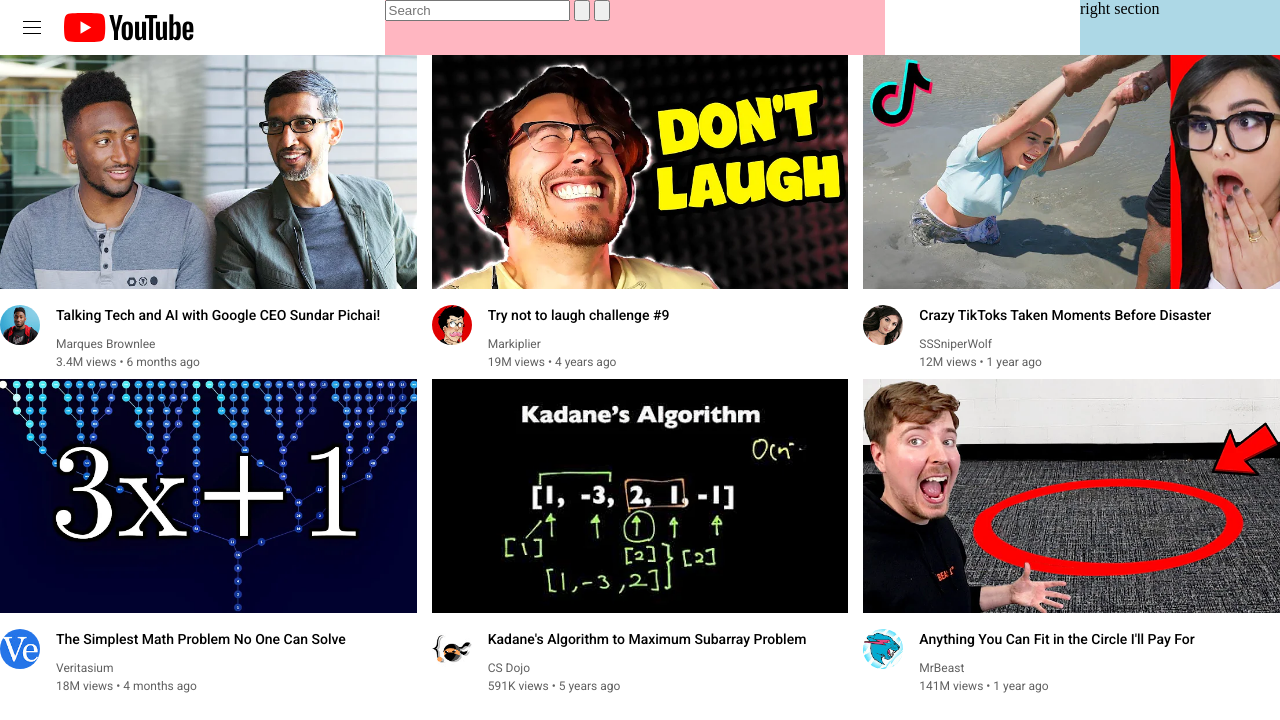
Repository: idahcarts-ux/html-css
Page: youtube.html
An editor plug-in stored every save of this project. The page is shown before and after a run of saves, followed by the edit.
The browser window is 1280 px wide. The pictures show the whole page.

Above is the page before, as saved 2025-11-19 17:03:50.

### youtube.html
<!DOCTYPE html>
<html>
<head>
  <title>YouTube.com Clone</title>

  <link rel="preconnect" href="https://fonts.googleapis.com">
  <link rel="preconnect" href="https://fonts.gstatic.com" crossorigin>
  <link href="https://fonts.googleapis.com/css2?family=Roboto:wght@100;300;400;500;700;900&display=swap" rel="stylesheet">

<link rel="stylesheet" href="styles/general.css">
<link rel="stylesheet" href="styles/video.css">
<link rel="stylesheet" href="styles/header.css">


</head>
<body>
  <div class="header">
    <div class="left-section">
     <img class="hamburger-menu" src="icons/hamburger-menu.svg">
     <img class="youtube-logo" src="icons/youtube-logo.svg">
    </div>
    <div class="middle-section">
      <input class="search-bar" type="text" placeholder="Search">
    <button class="search-button">
      <img src="icons/search.svg">
    </button>
    <button class="voice-search-button">
      <img src="icons/voice-search-icon.svg">
    </button>
    </div>
    <div class="right-section">
      right section
    </div>

  </div>



  <!-- MAIN GRID START -->
  <div class="video-grid">

    <!-- 1 -->
    <div class="video-preview">
      <img class="thumbnails" src="thumbnails/thumbnail-1.webp">
      <div class="video-info-grid">
        <div class="channel-pictures">
          <img class="profile-picture" src="chanel-pictures/channel-1.jpeg">
        </div>
        <div class="video-info">
          <p class="video-title">
            Talking Tech and AI with Google CEO Sundar Pichai!
          </p>
          <p class="video-author">Marques Brownlee</p>
          <p class="video-stats">3.4M views • 6 months ago</p>
        </div>
      </div>
    </div>

    <!-- 2 -->
    <div class="video-preview">
      <img class="thumbnails" src="thumbnails/thumbnail-2.webp">
      <div class="video-info-grid">
        <div class="channel-pictures">
          <img class="profile-picture" src="chanel-pictures/channel-2.jpeg">
        </div>
        <div class="video-info">
          <p class="video-title">Try not to laugh challenge #9</p>
          <p class="video-author">Markiplier</p>
          <p class="video-stats">19M views • 4 years ago</p>
        </div>
      </div>
    </div>

    <!-- 3 -->
    <div class="video-preview">
      <img class="thumbnails" src="thumbnails/thumbnail-3.webp">
      <div class="video-info-grid">
        <div class="channel-pictures">
          <img class="profile-picture" src="chanel-pictures/channel-3.jpeg">
        </div>
        <div class="video-info">
          <p class="video-title">Crazy TikToks Taken Moments Before Disaster</p>
          <p class="video-author">SSSniperWolf</p>
          <p class="video-stats">12M views • 1 year ago</p>
        </div>
      </div>
    </div>

    <!-- 4 -->
    <div class="video-preview">
      <img class="thumbnails" src="thumbnails/thumbnail-4.webp">
      <div class="video-info-grid">
        <div class="channel-pictures">
          <img class="profile-picture" src="chanel-pictures/channel-4.jpeg">
        </div>
        <div class="video-info">
          <p class="video-title">The Simplest Math Problem No One Can Solve</p>
          <p class="video-author">Veritasium</p>
          <p class="video-stats">18M views • 4 months ago</p>
        </div>
      </div>
    </div>

    <!-- 5 -->
    <div class="video-preview">
      <img class="thumbnails" src="thumbnails/thumbnail-5.webp">
      <div class="video-info-grid">
        <div class="channel-pictures">
          <img class="profile-picture" src="chanel-pictures/channel-5.jpeg">
        </div>
        <div class="video-info">
          <p class="video-title">
            Kadane's Algorithm to Maximum Subarray Problem
          </p>
          <p class="video-author">CS Dojo</p>
          <p class="video-stats">591K views • 5 years ago</p>
        </div>
      </div>
    </div>

    <!-- 6 -->
    <div class="video-preview">
      <img class="thumbnails" src="thumbnails/thumbnail-6.webp">
      <div class="video-info-grid">
        <div class="channel-pictures">
          <img class="profile-picture" src="chanel-pictures/channel-6.jpeg">
        </div>
        <div class="video-info">
          <p class="video-title">
            Anything You Can Fit in the Circle I'll Pay For
          </p>
          <p class="video-author">MrBeast</p>
          <p class="video-stats">141M views • 1 year ago</p>
        </div>
      </div>
    </div>

  </div>
  <!-- MAIN GRID END -->



</body>
</html>

### styles/general.css
 p {
    font-family: Roboto, Arial;
    margin-top: 0;
    margin-bottom: 0;
  }

  body {
    margin: 0;
  }

### styles/video.css



  .thumbnails {
    width: 100%;
  }



  .video-title {
    font-size: 14px;
    font-weight: 500;
    line-height: 20px;
    margin-bottom: 12px;
  }

  .video-info-grid {
    display: flex;
    margin-top: 12px;
  }

  /* FIX: Ensure the profile picture container is just large enough for the picture */
  .channel-pictures {
    width: 48px; /* Slightly larger than the picture for padding/margin */
    flex-shrink: 0;
    margin-right: 8px; /* Added some spacing to separate picture from text */
  }

  /* FIX: Ensure the profile picture fills its container and maintain aspect ratio */
  .profile-picture {
    width: 40px; /* Kept your desired size */
    height: 40px; /* Added explicit height to force a square container */
    object-fit: cover; /* Ensures image covers the area without distortion */
    border-radius: 50%;
  }

  /* FIX: Removed fixed width which was unnecessary and potentially restrictive */
  .video-info {
    /* width: 200px; <--- Removed this line */
    flex: 1; /* Allow it to take up the remaining space */
  }

  .video-author {
    font-size: 12px;
    color: rgb(96, 96, 96);
    margin-bottom: 4px;
  }

  .video-stats {
    font-size: 12px;
    color: rgb(96, 96, 96);
  }

  .video-grid {
    display: grid;
    grid-template-columns: 1fr 1fr 1fr;
    column-gap: 15px;
    row-gap: 10px;
  }

### styles/header.css


  .header {
    height:55px;
    display:flex;
    flex-direction: row;
    justify-content: space-between;
  }

  .left-section {
  display: flex;
   align-items: center;


  }
    .youtube-logo {
    width: 12vw;        /* Scales with viewport width */
    min-width: 80px;    /* Don't get too small */
    max-width: 130px;   /* Don't grow too large */
    height: auto;       /* Keep aspect ratio */
    transition: width 0.25s ease;
}


  .hamburger-menu {
    height: 24px;
    margin-left: 20px;
    margin-right: 20px;
  }
  .middle-section {
    background-color:lightpink;
    flex:1;
    margin-left: 30px;
    margin-right: 35px;
    max-width:500px;
  }

  .right-section {
    background-color: lightblue;
    width:200px;
  }

After the next 2 saves:
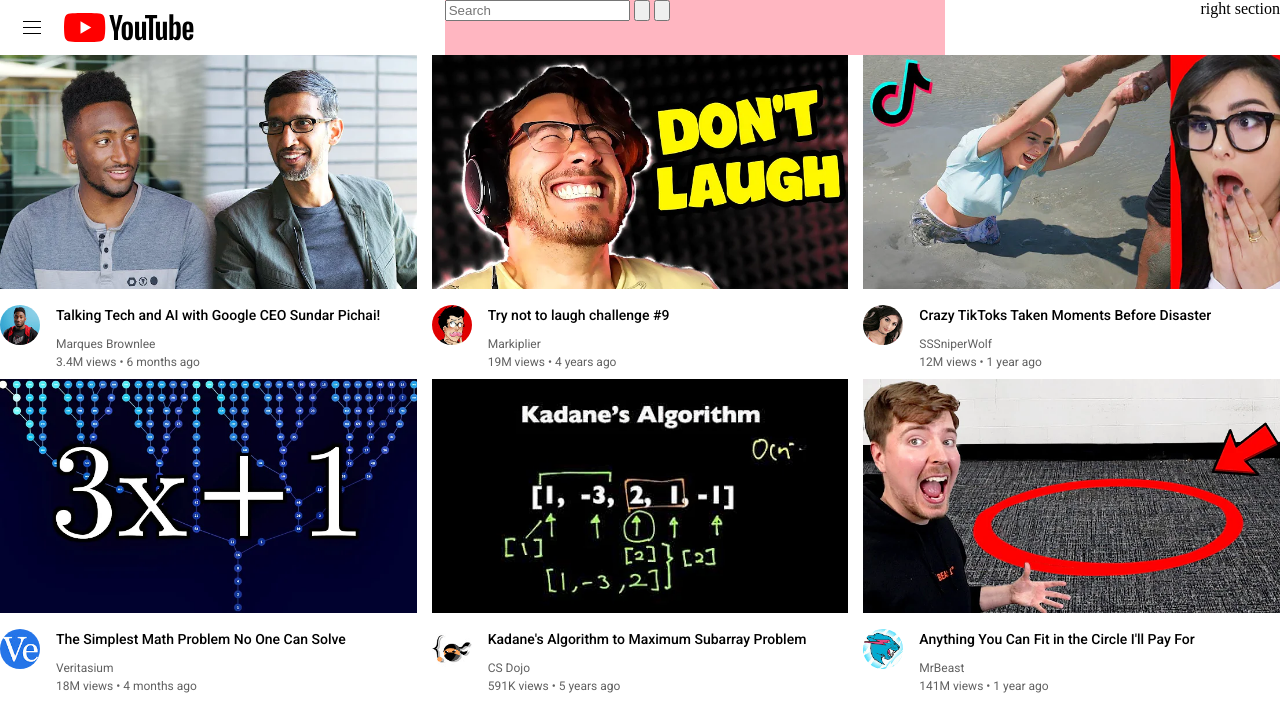
The 2 saves are shown as one change because they came seconds apart.
The last was saved 6 s later.
--- a/styles/header.css
+++ b/styles/header.css
@@ -34,7 +34,7 @@
     margin-right: 35px;
     max-width:500px;
   }
-
+  .search
   .right-section {
     background-color: lightblue;
     width:200px;

After the 3 saves that followed:
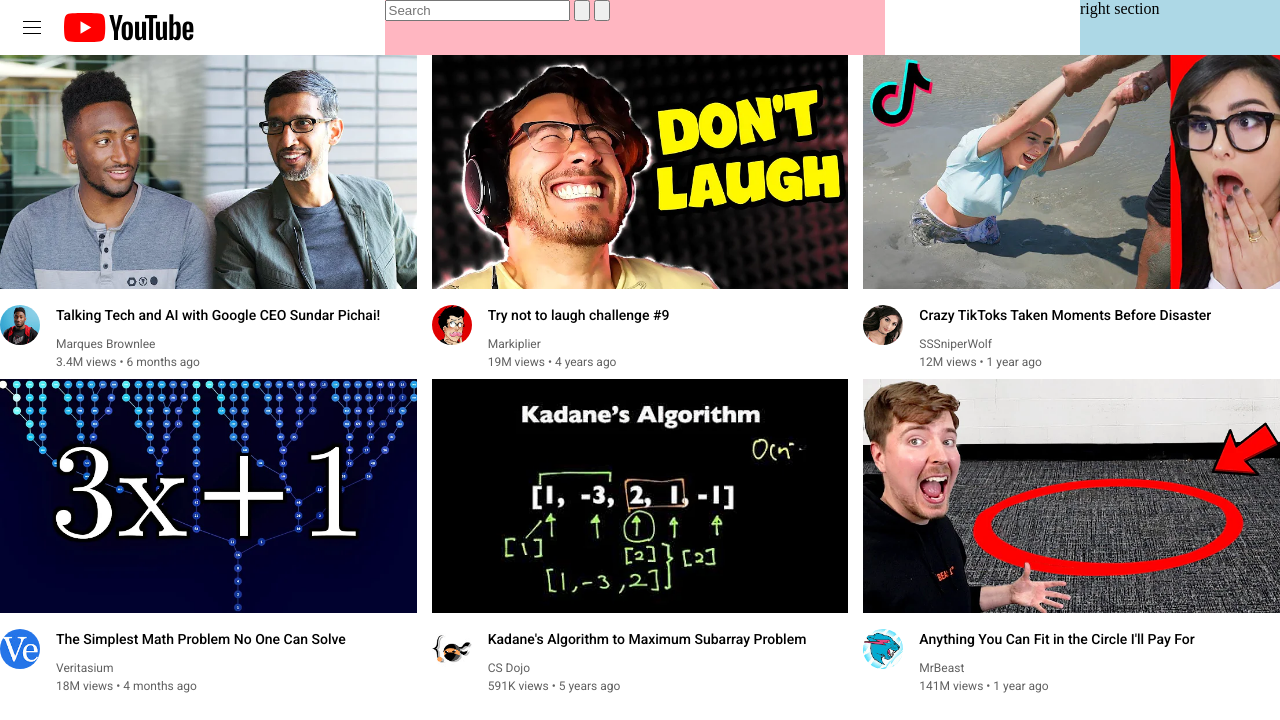
The 3 saves are shown as one change because 1 left the picture as it was and some came seconds apart.
The last was saved 9 s later.
--- a/styles/header.css
+++ b/styles/header.css
@@ -34,7 +34,9 @@
     margin-right: 35px;
     max-width:500px;
   }
-  .search
+  .search-button {
+
+  }
   .right-section {
     background-color: lightblue;
     width:200px;
